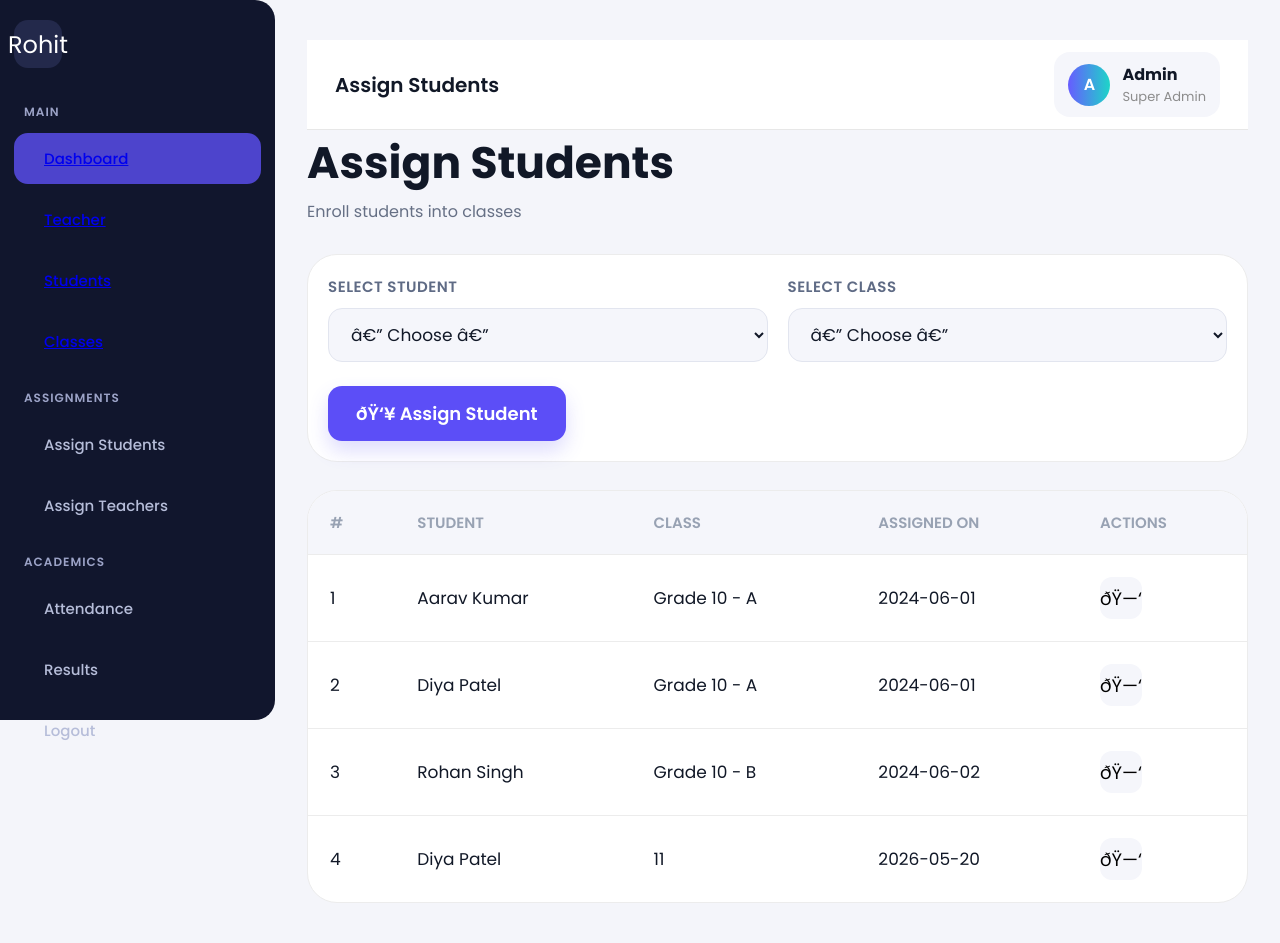
Repository: rohit-rk-07/school_management_system
Page: http://localhost/School_Management_System/assignStudent.jsp
The author's editor kept a copy of each file at every save. The page is drawn from the files as they stood at one save, then again after the next save.
The browser window is 1280 px wide. The pictures show the whole page.
The page is served by Tomcat 10.

Above is the page before, as saved 2026-05-20 06:47:07.
Console error: TypeError: Cannot read properties of null (reading 'addEventListener')

After the next save:
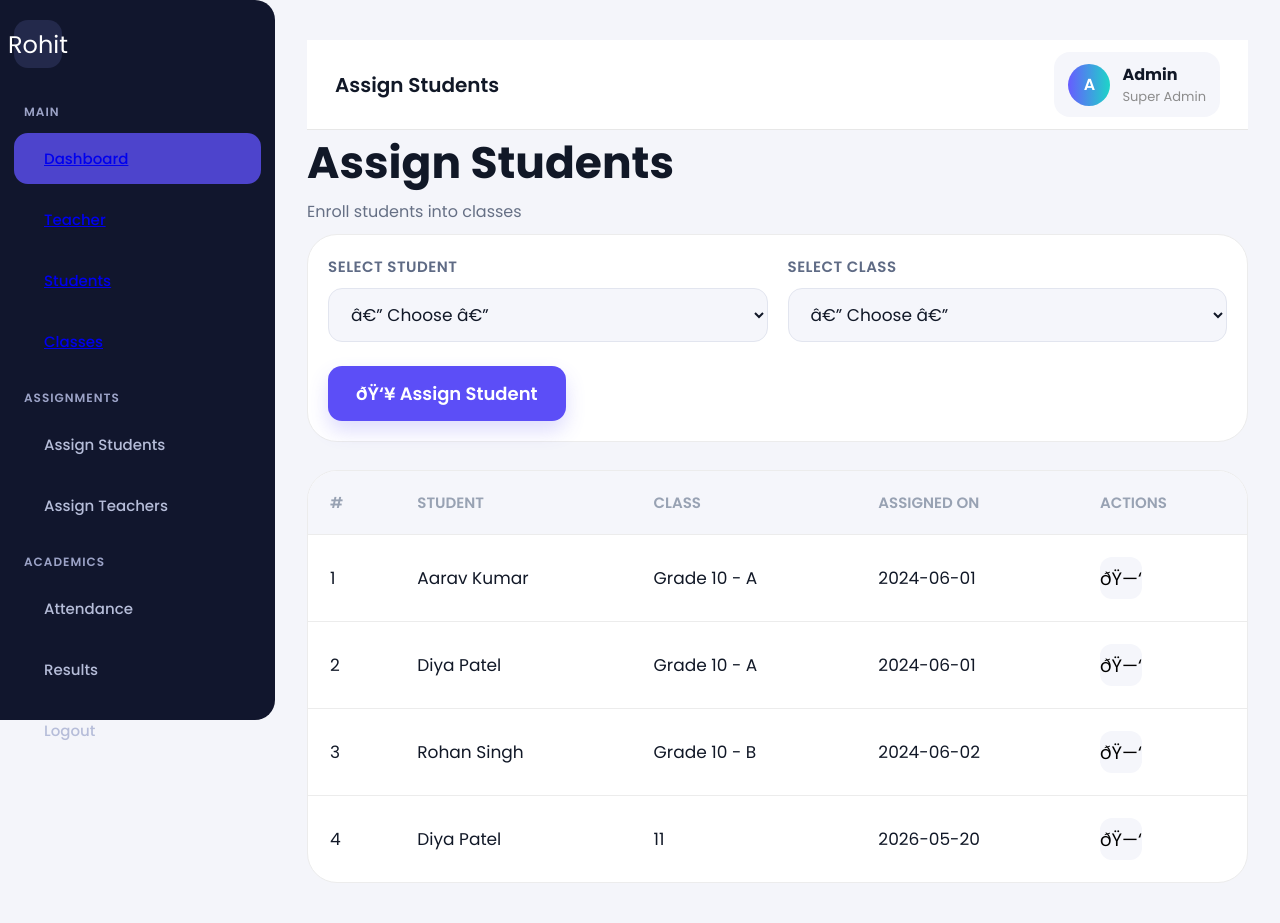
Saved 25 s later.
--- a/School_Management_System/src/main/webapp/assignStudent.jsp
+++ b/School_Management_System/src/main/webapp/assignStudent.jsp
@@ -93,7 +93,7 @@
         .assignStudentPageSubtitle{
             color:#667085;
             margin-top:4px;
-            margin-bottom:30px;
+            margin-bottom:10px;
         }
 
         /* =========================
